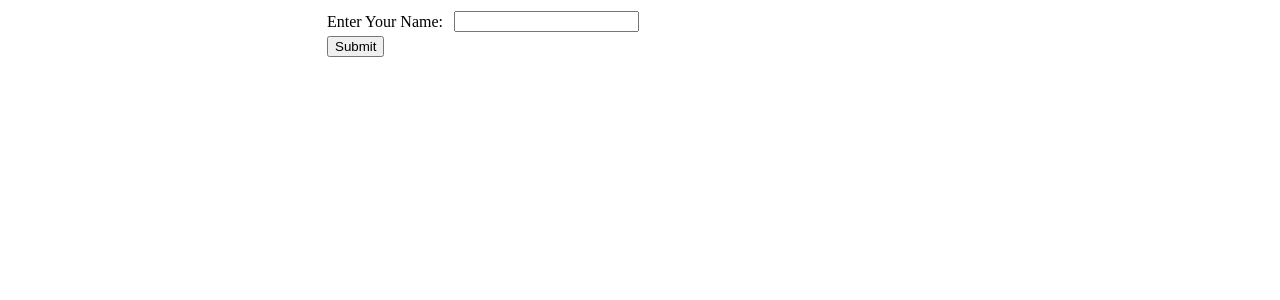
Repository: mayankk2202/Phase-2
Page: DemoServlet/src/main/webapp/Form.html
The author's editor kept a copy of each file at every save. The page is drawn from the files as they stood at one save, then again after the next save.
The browser window is 1280 px wide. The pictures show the whole page.

Above is the page before, as saved 2021-06-27 12:37:56.

After the next save:
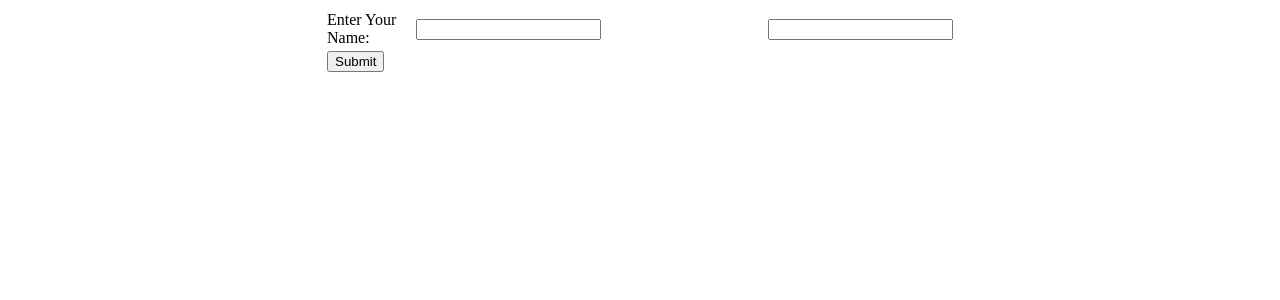
Saved 12 min 36 s later.
--- a/DemoServlet/src/main/webapp/Form.html
+++ b/DemoServlet/src/main/webapp/Form.html
@@ -10,7 +10,8 @@
 <table width="50%" border="0" >
 <tr vallign="top">
 <td width="20%">Enter Your Name: </td>
-<td><input name="mname" id="mname" maxlength=100></td>
+<td><input firstname="fname" id="fname" maxlength=100></td>
+<td><input lastname="lname" id="lname" maxlength=100></td>
 <tr valign="top">
 <td colspan = 2 width = "100%">
 <button>Submit</button></td>
